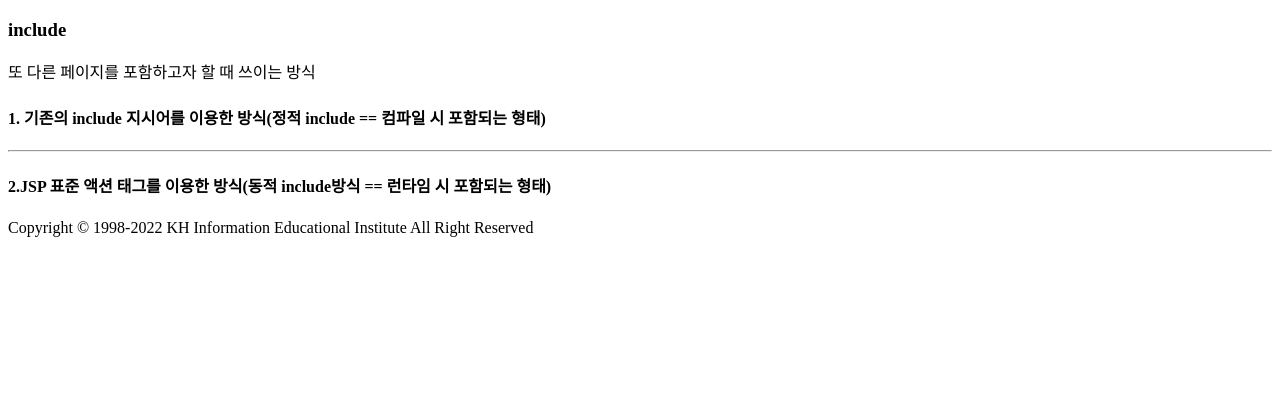
Repository: DonghwanSon1/ajax-jsp-study
Page: http://localhost/ActionProject/views/2_StandardAction/01_include.jsp
The author's editor kept a copy of each file at every save. The page is drawn from the files as they stood at one save, then again after the next save.
The browser window is 1280 px wide. The pictures show the whole page.
The page is served by Tomcat 9.

Above is the page before, as saved 2022-07-12 05:26:17.

After the next save:
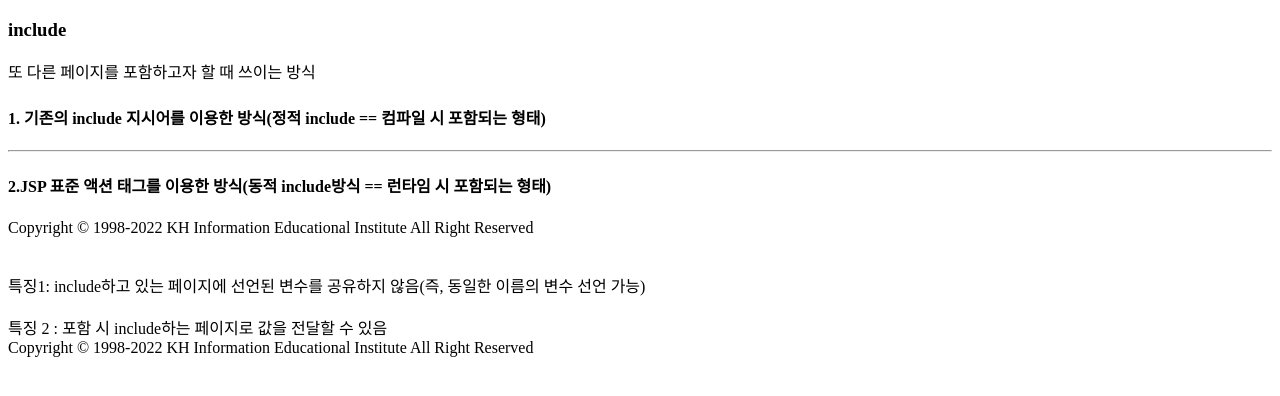
Saved 4 min 32 s later.
--- a/ActionProject/WebContent/views/2_StandardAction/01_include.jsp
+++ b/ActionProject/WebContent/views/2_StandardAction/01_include.jsp
@@ -44,6 +44,19 @@
 
 	<br><br>
 
+	특징1: include하고 있는 페이지에 선언된 변수를 공유하지 않음(즉, 동일한 이름의 변수 선언 가능) <br>
+	<%
+		String year = "2022";
+	%>
+
+	<br>
+
+	특징 2 : 포함 시  include하는 페이지로 값을 전달할 수 있음 <br>
+
+	<!-- 01_include.jsp에서 footer.jsp로 값을 전달해보겠음 -->
+	<jsp:include page="footer.jsp">
+		<jsp:param name="test" value="Hello..?"></jsp:param>
+	</jsp:include>
 
 
 
